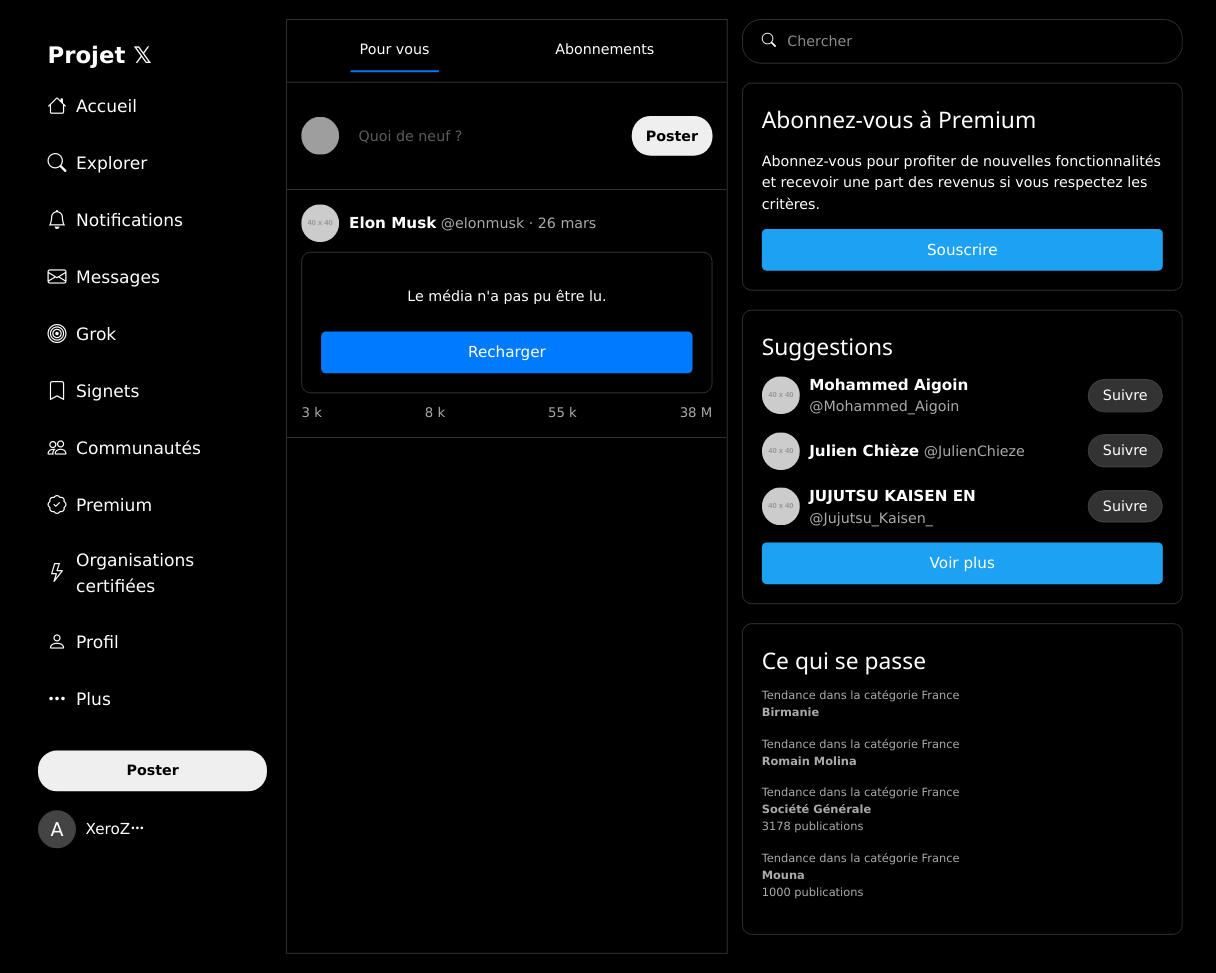
Repository: barriefl/ProjetX_BARRIER_MAULINE_MARQUES-FELIX_SERVONNET
Page: web/front/main.html
The author's editor kept a copy of each file at every save. The page is drawn from the files as they stood at one save, then again after the next save.
The browser window is 1280 px wide. The pictures show the whole page, at 95% of full size.
Pictures or frames that could not be fetched are drawn as grey boxes.

Above is the page before, as saved 2025-03-31 09:19:26.

### web/front/main.html
<!DOCTYPE html>
<html lang="fr">
  <head>
    <meta charset="UTF-8" />
    <meta name="viewport" content="width=device-width, initial-scale=1.0" />
    <title>Projet &Xopf;</title>
    <link rel="icon" type="image/x-icon" href="image/twitter-x.svg" />
    <link rel="stylesheet" href="style/main.css" />
    <link rel="stylesheet" href="https://www.w3schools.com/w3css/5/w3.css" />
    <link
      rel="stylesheet"
      href="https://cdn.jsdelivr.net/npm/bootstrap-icons@1.5.0/font/bootstrap-icons.css"
    />
  </head>
  <body>
    <div class="sidebar">
      <div class="logo"><a href="/front/main.html">Projet &Xopf;</a></div>
      <ul class="menu">
        <li>
          <a href="/front/main.html"
            ><span class="icon"><i class="bi bi-house"></i></span> Accueil</a
          >
        </li>
        <li>
          <a href=""
            ><span class="icon"><i class="bi bi-search"></i></span>Explorer</a
          >
        </li>
        <li>
          <a href="#"
            ><span class="icon"><i class="bi bi-bell"></i></span>
            Notifications</a
          >
        </li>
        <li>
          <a href="#"
            ><span class="icon"><i class="bi bi-envelope"></i></span>Messages</a
          >
        </li>
        <li>
          <a href="#"
            ><span class="icon"><i class="bi bi-bullseye"></i></span> Grok</a
          >
        </li>
        <li>
          <a href="#"
            ><span class="icon"><i class="bi bi-bookmark"></i></span> Signets</a
          >
        </li>
        <li>
          <a href="#"
            ><span class="icon"><i class="bi bi-people"></i></span>
            Communautés</a
          >
        </li>
        <li>
          <a href="#"
            ><span class="icon"><i class="bi bi-patch-check"></i></span>
            Premium</a
          >
        </li>
        <li>
          <a href="#"
            ><span class="icon"><i class="bi bi-lightning"></i></span>
            Organisations certifiées</a
          >
        </li>
        <li>
          <a href="#"
            ><span class="icon"><i class="bi bi-person"></i></span> Profil</a
          >
        </li>
        <li>
          <a href="#"
            ><span class="icon"><i class="bi bi-three-dots"></i></span>Plus</a
          >
        </li>
      </ul>
      <button class="post-button">Poster</button>
      <div class="user-info">
        <span class="avatar">A</span>
        <span class="username">XeroZ</span>
        <span class="more-info"><i class="bi bi-three-dots"></i></span>
      </div>
    </div>
    <div class="container container-border">
      <!--  s -->
      <div class="tab-menu">
        <a href="#" class="active">Pour vous</a>
        <a href="#">Abonnements</a>
      </div>

      <!-- Header -->
      <div class="header">
        <img src="empty.png" alt="empty.png" />
        <input type="text" placeholder="Quoi de neuf ?" />
        <button class="post-button">Poster</button>
      </div>

      <!-- Post -->
      <div class="post">
        <div class="user-info">
          <img src="https://via.placeholder.com/40" alt="User Avatar" />
          <div>
            <span class="username">Elon Musk</span>
            <span style="color: #aaa">@elonmusk · 26 mars</span>
          </div>
        </div>
        <div class="content">
          <p>Le média n'a pas pu être lu.</p>
          <button class="button-blue">Recharger</button>
        </div>
        <div class="actions">
          <span>3 k</span>
          <span>8 k</span>
          <span>55 k</span>
          <span>38 M</span>
        </div>
      </div>
    </div>
    <div class="container">
      <!-- Barre de recherche -->
      <div class="search-bar">
        <i class="bi bi-search"></i>
        <input type="text" placeholder="Chercher" />
      </div>

      <!-- Section Premium -->
      <div class="card">
        <h3>Abonnez-vous à Premium</h3>
        <p>
          Abonnez-vous pour profiter de nouvelles fonctionnalités et recevoir
          une part des revenus si vous respectez les critères.
        </p>
        <button class="button-blue">Souscrire</button>
      </div>

      <!-- Suggestions -->
      <div class="card">
        <h3>Suggestions</h3>
        <div class="suggestion">
          <img src="https://via.placeholder.com/40" alt="Avatar" />
          <div class="info">
            <span class="username">Mohammed Aigoin</span>
            <span class="handle">@Mohammed_Aigoin</span>
          </div>
          <button>Suivre</button>
        </div>
        <div class="suggestion">
          <img src="https://via.placeholder.com/40" alt="Avatar" />
          <div class="info">
            <span class="username">Julien Chièze</span>
            <span class="handle">@JulienChieze</span>
          </div>
          <button>Suivre</button>
        </div>
        <div class="suggestion">
          <img src="https://via.placeholder.com/40" alt="Avatar" />
          <div class="info">
            <span class="username">JUJUTSU KAISEN EN</span>
            <span class="handle">@Jujutsu_Kaisen_</span>
          </div>
          <button>Suivre</button>
        </div>
        <button class="button-blue">Voir plus</button>
      </div>

      <!-- Tendances -->
      <div class="card">
        <h3>Ce qui se passe</h3>
        <ul class="trends">
          <li>
            <span>Tendance dans la catégorie France</span>
            <span class="title">Birmanie</span>
          </li>
          <li>
            <span>Tendance dans la catégorie France</span>
            <span class="title">Romain Molina</span>
          </li>
          <li>
            <span>Tendance dans la catégorie France</span>
            <span class="title">Société Générale</span>
            <span>3178 publications</span>
          </li>
          <li>
            <span>Tendance dans la catégorie France</span>
            <span class="title">Mouna</span>
            <span>1000 publications</span>
          </li>
        </ul>
      </div>
    </div>
  </body>
</html>

### web/front/style/main.css
body {
    margin: 0;
    font-family: 'Times New Roman', Times, serif;
    background-color: #000;
    color: white;
    padding: 0;
    display: flex;
    justify-content: center;
    padding: 20px;
}

.sidebar {
    width: 300px;
    height: 100vh;
    display: flex;
    flex-direction: column;
    padding: 20px;
}

.logo {
    font-size: 24px;
    font-weight: bold;
}

.sidebar a {
    text-decoration: none;
    color: white;
    padding: 10px;
    border-radius: 15px;
    transition: all 0.3s ease-in-out;
}

.sidebar a:hover {
    background-color: #333;
    text-decoration: none;
    color: white;
}

.menu {
    list-style: none;
    padding: 0;
    margin: 0;
}

.menu li {
    margin: 10px 0;
}

.menu a {
    text-decoration: none;
    color: white;
    display: flex;
    align-items: center;
    font-size: 18px;
}

.menu .icon {
    margin-right: 10px;
    font-size: 20px;
}

.notification-badge {
    background-color: red;
    color: white;
    font-size: 12px;
    border-radius: 50%;
    padding: 2px 6px;
    margin-left: auto;
}

.post-button {
    margin: 20px 0;
    padding: 10px 15px;
    border-radius: 20px;
    border:none;
    cursor: pointer;
    font-weight: bold;
}

.post-button:hover {
    background-color: #ddd;
}

.button-blue {
    width: 100%;
    padding: 10px;
    font-size: 16px;
    background-color: #1da1f2;
    color: white;
    border: none;
    border-radius: 5px;
    cursor: pointer;
}

.button-blue:hover {
    background-color: #0d8ce0;
}

.user-info {
    display: flex;
    align-items: center;
    margin-top: auto;
}

.avatar {
    background-color: #444;
    width: 40px;
    height: 40px;
    display: flex;
    align-items: center;
    justify-content: center;
    border-radius: 50%;
    font-size: 20px;
    margin-right: 10px;
}

.username {
    font-size: 16px;
}

.container {
    width: 500px;
    overflow: hidden;
    margin-right: 15px;
}

.container-border {
    border: 1px solid #333;
}

.header {
    display: flex;
    align-items: center;
    padding: 15px;
    border-bottom: 1px solid #333;
}

.header img {
    width: 40px;
    height: 40px;
    border-radius: 50%;
    margin-right: 10px;
}

.header input {
    flex: 1;
    background: transparent;
    border: none;
    outline: none;
    padding: 10px;
    color: #fff;
}

.header input::placeholder {
    color: #aaa;
}

.post {
    padding: 15px;
    border-bottom: 1px solid #333;
}

.post .user-info {
    display: flex;
    align-items: center;
    margin-bottom: 10px;
}

.post .user-info img {
    width: 40px;
    height: 40px;
    border-radius: 50%;
    margin-right: 10px;
}

.post .user-info .username {
    font-weight: bold;
}

.post .content {
    border: solid 1px #333;
    border-radius: 10px;
    padding: 20px;
    text-align: center;
}

.post .content button {
    background-color: #007bff;
    color: #fff;
    border: none;
    border-radius: 5px;
    padding: 10px 20px;
    margin-top: 10px;
    cursor: pointer;
}

.post .actions {
    display: flex;
    justify-content: space-between;
    margin-top: 10px;
    font-size: 14px;
    color: #aaa;
}

.tab-menu {
    display: flex;
    justify-content: space-around;
    padding: 10px;
    border-bottom: 1px solid #333;
}

.tab-menu a {
    color: #fff;
    text-decoration: none;
    padding: 10px;
}

.tab-menu a.active {
    border-bottom: 2px solid #007bff;
}

 .search-bar {
     display: flex;
     padding: 10px 20px;
     margin-bottom: 20px;
     border-radius: 20px;
     border: 1px solid #333;
 }

 .search-bar input {
     flex: 1;
     background: transparent;
     border: none;
     outline: none;
     color: #ffffff;
 }

 .search-bar i {
     margin-right: 10px;
 }

 .card {
    border: 1px solid #333;
     border-radius: 10px;
     padding: 20px;
     margin-bottom: 20px;
 }

 .card h3 {
     margin-top: 0;
 }

 .card .button {
     display: inline-block;
     background-color: #007bff;
     color: #ffffff;
     text-decoration: none;
     padding: 10px 20px;
     border-radius: 20px;
     margin-top: 10px;
     text-align: center;
 }

 .suggestion {
     display: flex;
     align-items: center;
     margin-bottom: 15px;
 }

 .suggestion img {
     width: 40px;
     height: 40px;
     border-radius: 50%;
     margin-right: 10px;
 }

 .suggestion .info {
     flex: 1;
 }

 .suggestion .info .username {
     font-weight: bold;
 }

 .suggestion .info .handle {
     color: #aaa;
 }

 .suggestion button {
     background-color: #333;
     border: 1px solid #444;
     color: #fff;
     border-radius: 20px;
     padding: 5px 15px;
     cursor: pointer;
 }

 .trends {
     list-style: none;
     padding: 0;
     margin: 0;
 }

 .trends li {
     margin-bottom: 15px;
 }

 .trends li span {
     display: block;
     color: #aaa;
     font-size: 12px;
 }

 .trends li .title {
     font-weight: bold;
 }

After the next save:
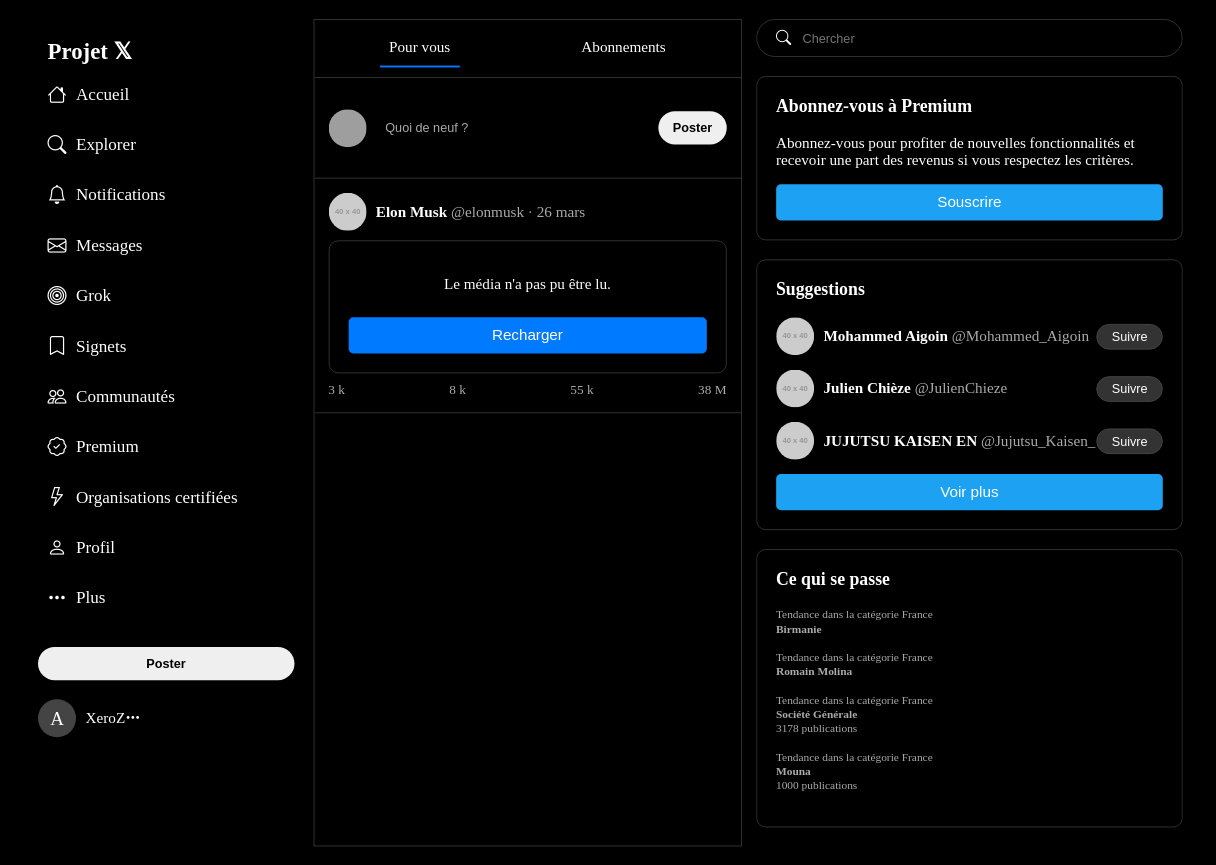
Saved 90 s later.
--- a/web/front/main.html
+++ b/web/front/main.html
@@ -6,7 +6,6 @@
     <title>Projet &Xopf;</title>
     <link rel="icon" type="image/x-icon" href="image/twitter-x.svg" />
     <link rel="stylesheet" href="style/main.css" />
-    <link rel="stylesheet" href="https://www.w3schools.com/w3css/5/w3.css" />
     <link
       rel="stylesheet"
       href="https://cdn.jsdelivr.net/npm/bootstrap-icons@1.5.0/font/bootstrap-icons.css"

After the save that followed:
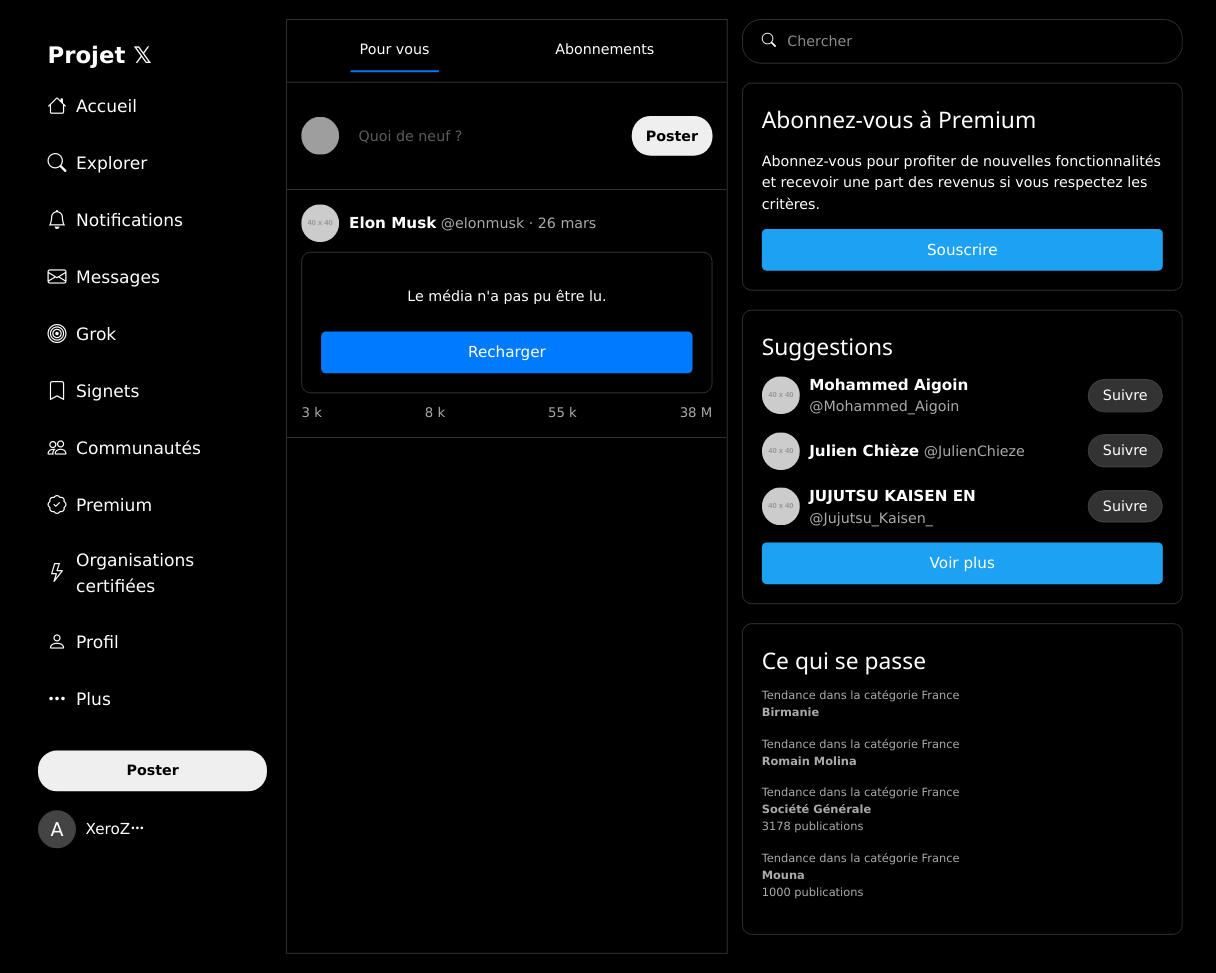
Saved 10 s later.
--- a/web/front/main.html
+++ b/web/front/main.html
@@ -6,6 +6,7 @@
     <title>Projet &Xopf;</title>
     <link rel="icon" type="image/x-icon" href="image/twitter-x.svg" />
     <link rel="stylesheet" href="style/main.css" />
+    <link rel="stylesheet" href="https://www.w3schools.com/w3css/5/w3.css" />
     <link
       rel="stylesheet"
       href="https://cdn.jsdelivr.net/npm/bootstrap-icons@1.5.0/font/bootstrap-icons.css"
